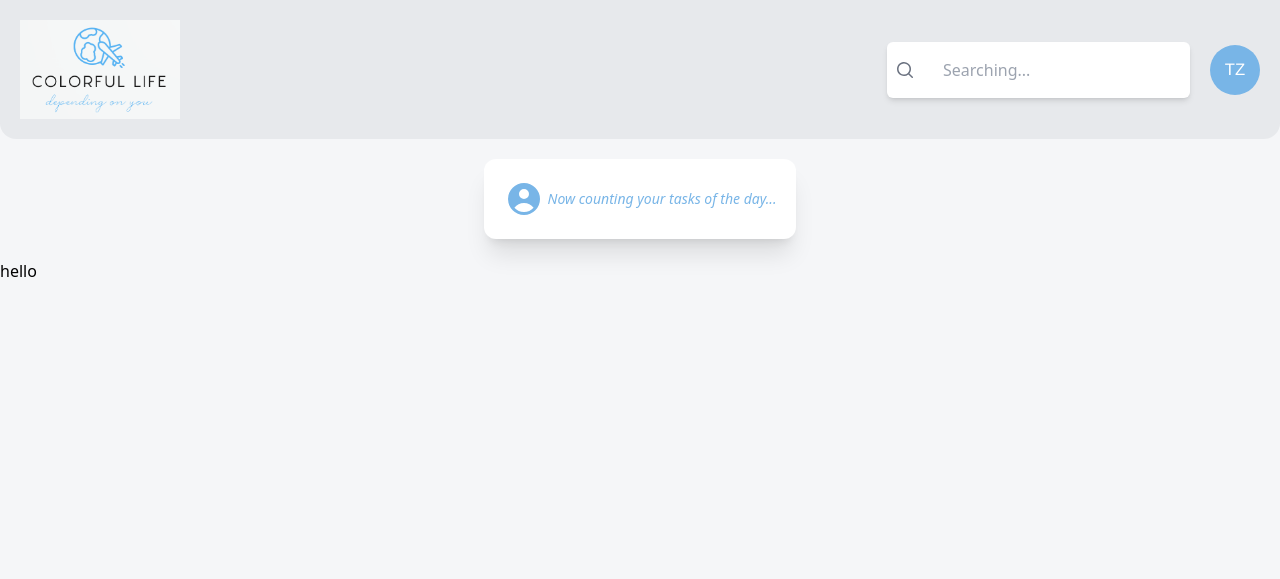
Repository: Tracy-maker/Kban
Page: /
These files come from the project's save history. The page is drawn as it stood at one moment and after the next save; the edit follows.
The browser window is 1280 px wide. The pictures show the whole page.
The project was rebuilt for these pictures with package versions that can differ from the ones it lists, and the page was loaded fresh each time. The framework's server and built-in components were replaced by stand-ins that run in the browser. Also part of the build but not shown: next.config.js.

Above is the page before, as saved 2023-08-23 18:36:15.

After the next save:
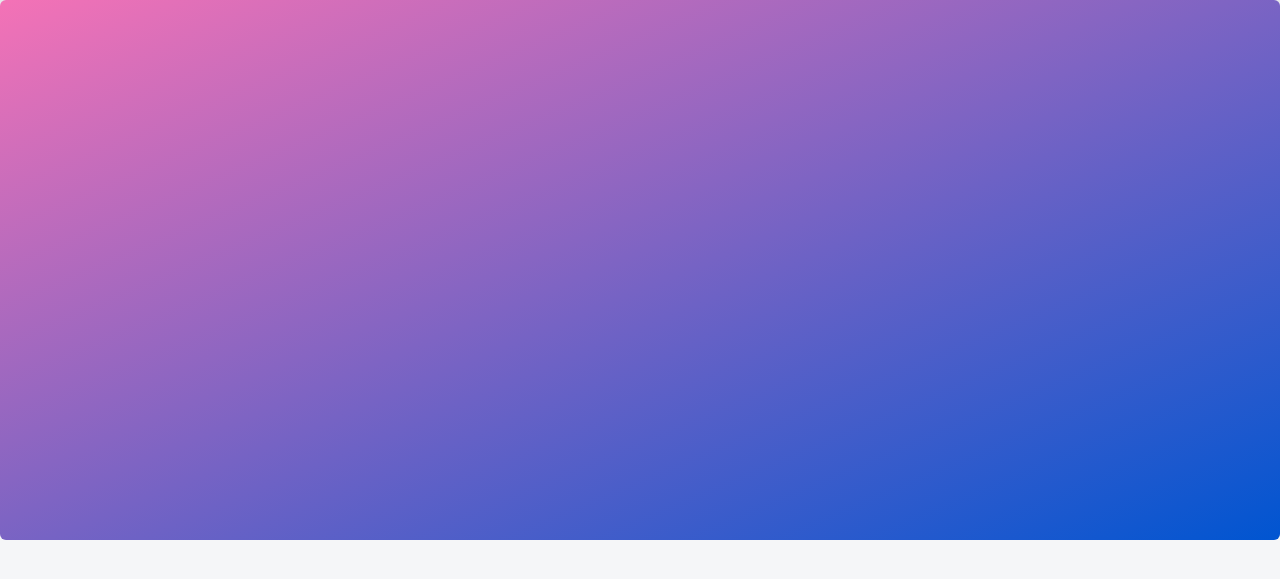
Saved 35 s later.
--- a/components/Header/Header.tsx
+++ b/components/Header/Header.tsx
@@ -9,7 +9,7 @@
   return (
     <header>
       <div className="flex flex-col md:flex-row items-center p-5 bg-gray-500/10 rounded-b-2xl">
-       <div className="absolute top-0 left-0 w-full h-100 bg-gradient-to-br from-pink-400 to-[#0055D1] rounded-md"/>
+       <div className="absolute top-0 left-0 w-full h-3/4 bg-gradient-to-br from-pink-400 to-[#0055D1] rounded-md"/>
 
         <Image
           className="w-40 md:w-50 pb-10 md:pb-0 object-contain"
